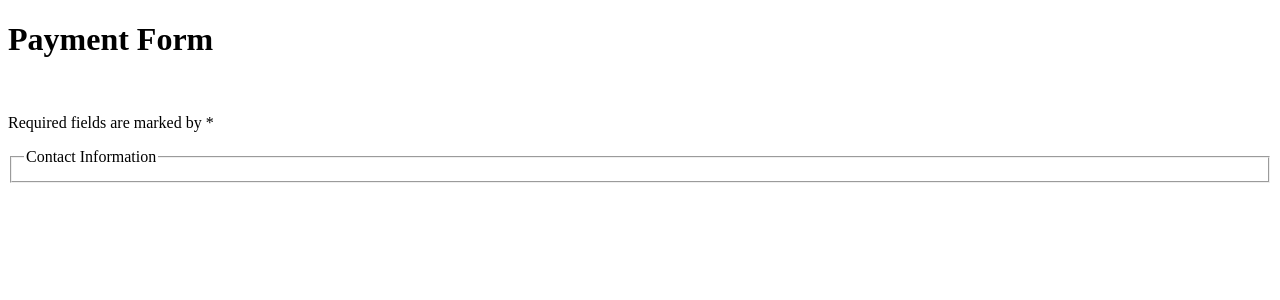
Repository: 10-2-pursuit/lab-intro-to-forms
Page: index.html
An editor plug-in stored every save of this project. The page is shown before and after a run of saves, followed by the edit.
The browser window is 1280 px wide. The pictures show the whole page.

Above is the page before, as saved 2023-06-13 21:16:46.

After the next 2 saves:
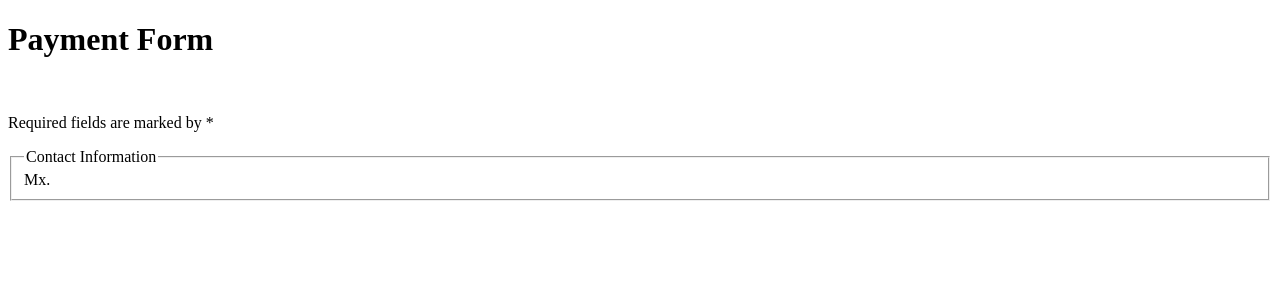
The 2 saves are shown as one change because they came seconds apart.
The last was saved 11 s later.
--- a/index.html
+++ b/index.html
@@ -12,7 +12,7 @@
     <form action="#" method="post">
         <fieldset>
             <legend>Contact Information</legend>
-           <label for="Mx."></label>
+           <label for="Mx.">Mx.</label>
 
 
         </fieldset>
